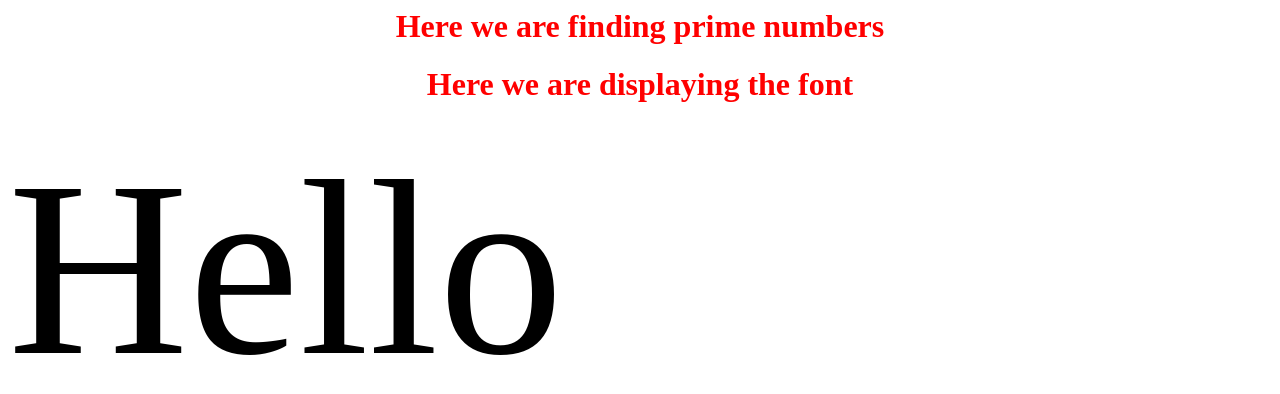
Repository: AbhishekSinghChouhan45/JSP-Projects
Page: http://localhost/JSP-22PrimeNumberFromCustomeTag/
The author's editor kept a copy of each file at every save. The page is drawn from the files as they stood at one save, then again after the next save.
The browser window is 1280 px wide. The pictures show the whole page.
The page is served by Tomcat 10. Other server files are loaded and not shown.

Above is the page before, as saved 2023-12-07 04:51:04.

### JSP-22PrimeNumberFromCustomeTag/src/main/webapp/index.jsp
<%@ taglib uri="https://nareshit.com/org" prefix="fprime"%>
<h1 style="color: red;text-align: center">Here we are finding prime numbers</h1>
<%-- <fprime:find x="20"/> --%>
<h1 style="color: red;text-align: center">Here we are displaying the font </h1>
<fprime:dis font="Display" size="250">Hello</fprime:dis>

### JSP-22PrimeNumberFromCustomeTag/src/main/java/com/nt/prime/Display.java
package com.nt.prime;

import jakarta.servlet.jsp.JspException;
import jakarta.servlet.jsp.JspWriter;
import jakarta.servlet.jsp.tagext.TagSupport;

public class Display extends TagSupport{
		private int size;
		private String font;
		public void setSize(int size) {
			System.out.println("Display.setSize()");
			this.size = size;
		}
		public void setFont(String font) {
			System.out.println("Display.setFont()");
			this.font = font;
		}
		@Override
		public int doStartTag() throws JspException {
			System.out.println("Display.doStartTag()");
			try {
				JspWriter out = pageContext.getOut();
				out.println("<span style= 'font-family: "+font+"; font-size: "+size+";'>");
			}catch (Exception e) {
				System.out.println(e.getMessage());
			}
			return EVAL_BODY_INCLUDE;
		}
		@Override
		public int doEndTag() throws JspException {
			System.out.println("Display.doEndTag()");
			try {
				JspWriter out = pageContext.getOut();
				out.println("</span>");
			}catch (Exception e) {
				System.out.println(e.getMessage());
			}
		return EVAL_PAGE;
		}
}

After the next save:
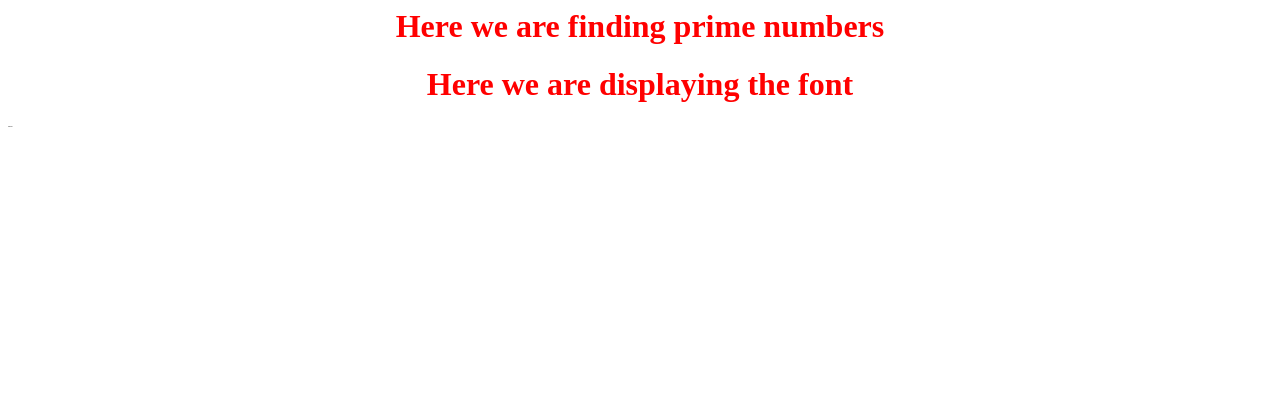
Saved 18 s later.
--- a/JSP-22PrimeNumberFromCustomeTag/src/main/webapp/index.jsp
+++ b/JSP-22PrimeNumberFromCustomeTag/src/main/webapp/index.jsp
@@ -2,4 +2,4 @@
 <h1 style="color: red;text-align: center">Here we are finding prime numbers</h1>
 <%-- <fprime:find x="20"/> --%>
 <h1 style="color: red;text-align: center">Here we are displaying the font </h1>
-<fprime:dis font="Display" size="250">Hello</fprime:dis>
+<fprime:dis font="Display" size="2">Hello</fprime:dis>

After the save that followed:
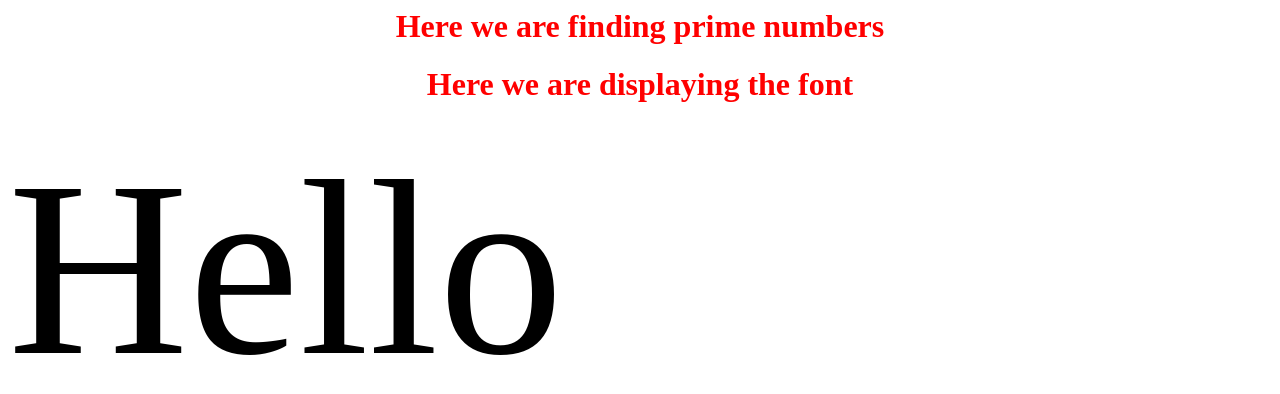
Saved 21 s later.
--- a/JSP-22PrimeNumberFromCustomeTag/src/main/webapp/index.jsp
+++ b/JSP-22PrimeNumberFromCustomeTag/src/main/webapp/index.jsp
@@ -2,4 +2,4 @@
 <h1 style="color: red;text-align: center">Here we are finding prime numbers</h1>
 <%-- <fprime:find x="20"/> --%>
 <h1 style="color: red;text-align: center">Here we are displaying the font </h1>
-<fprime:dis font="Display" size="2">Hello</fprime:dis>
+<fprime:dis font="Display" size="250">Hello</fprime:dis>
